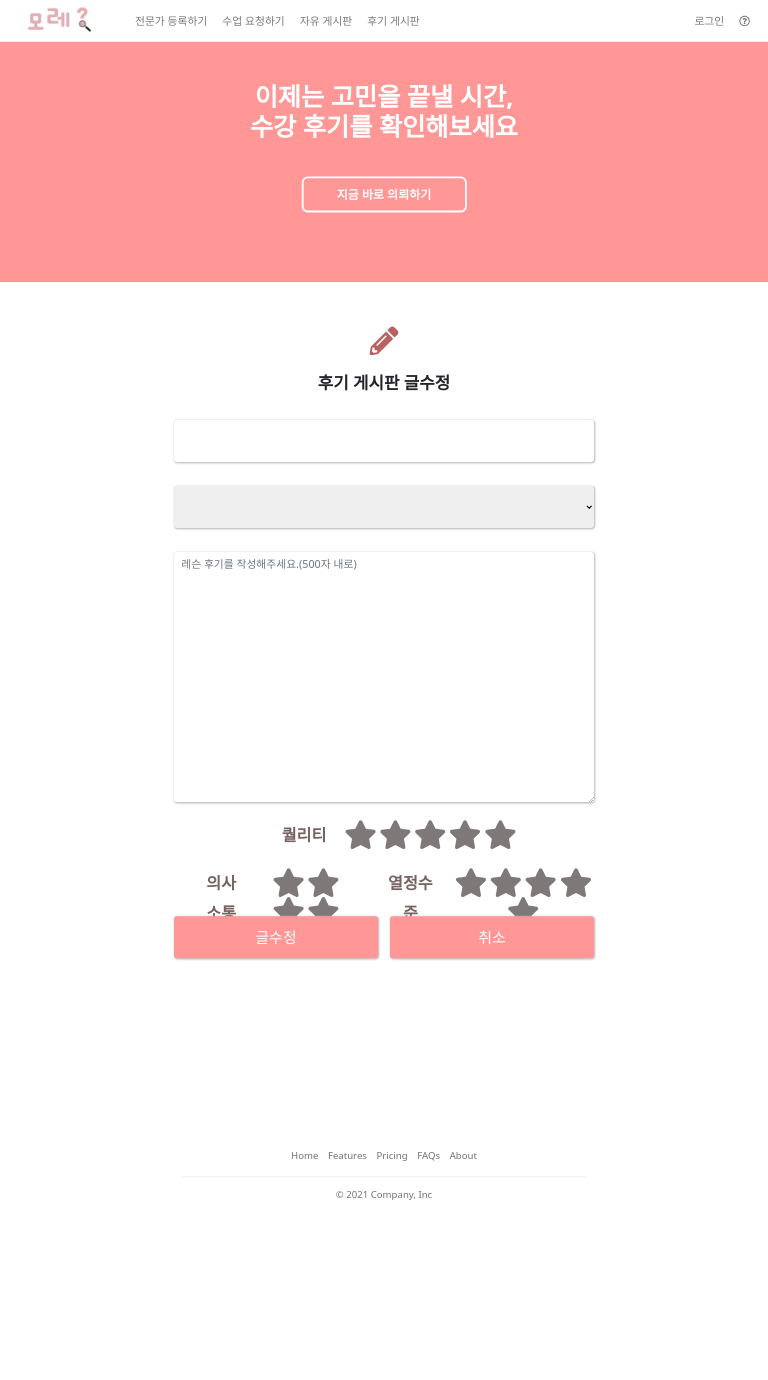
Repository: isssson/MVC2_more
Page: http://localhost/more/WEB-INF/views/review/reviewUpdate.jsp
An editor plug-in stored every save of this project. The page is shown before and after the next save, followed by the edit.
The browser window is 1280 px wide. The pictures show the whole page, at 60% of full size.
Some web libraries are served in a nearby version. The page is served by Tomcat 9. Nobody is signed in. Other server files are loaded and not shown. The template is opened directly, without the code that normally fills it, so the values that code supplies are empty.

Above is the page before, as saved 2021-12-10 07:41:56.
Console error (its wording comes from the project's code and is left out).

### more/src/main/webapp/WEB-INF/views/review/reviewUpdate.jsp
<%@ page language="java" contentType="text/html; charset=UTF-8"
	pageEncoding="UTF-8"%>
<%@ taglib uri="http://java.sun.com/jsp/jstl/core" prefix="c" %>
<!DOCTYPE html>
<html>
<head>
<meta charset="UTF-8">
<title>Insert title here</title>
<script src="https://use.fontawesome.com/releases/v5.2.0/js/all.js"></script>
<script src="https://cdnjs.cloudflare.com/ajax/libs/jquery/3.4.1/jquery.min.js"></script>
<link rel="stylesheet" type="text/css" href="resources/css/review/review.css">
<link rel="stylesheet" type="text/css" href="resources/css/header.css">
<link rel="stylesheet" href="resources/css/bootstrap.min.css">
</head>
<body>
<%@ include file="/WEB-INF/views/header.jsp" %>
	<div class="revMainContainer">
		<div class="revMainTextBox">
			<div class="revMainText">
				<h1>
					이제는 고민을 끝낼 시간,<br>수강 후기를 확인해보세요
				</h1>
				<div class="revMainBt"><a href="#">지금 바로 의뢰하기</a></div>
			</div>
		</div>
	</div>
	<div id="revIntroContainer">
		<div class="introItem">
			<i class="fas fa-pencil-alt fa-3x"></i>
			<h3>후기 게시판 글수정</h3>

		</div>
	</div>
	<form name="reviewUpdate" action="reviewUpdate.do" method="post">
		<div class="writeContainer">
			<input type="text" name="name" value="${sessionScope.sessionName}" readonly>
			<select name="lessonlist" >
				<option value="${dto.lessonlist}" selected>${dto.lessonlist}</option>
			</select>
			<textarea name="content" cols="80" rows="15" autocomplete="off"
					class="input-lg form-control"
					placeholder="레슨 후기를 작성해주세요.(500자 내로)"
					maxlength="500" required="" id="id_field_25">${dto.content}</textarea>
			<div class="ratingContainer">
			<div class="ratingItem">
				<h4>퀄리티</h4>
				<div id="rating1" data-rate="${dto.grade1}">
       				<i class="fas fa-star fa-3x"></i>
        			<i class="fas fa-star fa-3x"></i>
       				<i class="fas fa-star fa-3x"></i>
      				<i class="fas fa-star fa-3x"></i>
    				<i class="fas fa-star fa-3x"></i>
    			</div>
    			</div>
    			<div class="ratingItem">
    			<h4>의사소통</h4>
				<div id="rating2" data-rate="${dto.grade2}">
       				<i class="fas fa-star fa-3x"></i>
        			<i class="fas fa-star fa-3x"></i>
       				<i class="fas fa-star fa-3x"></i>
      				<i class="fas fa-star fa-3x"></i>
    				<i class="fas fa-star fa-3x"></i>
    			</div>
    			<div class="ratingItem">
    			<h4>열정수준</h4>
				<div id="rating3" data-rate="${dto.grade3}">
       				<i class="fas fa-star fa-3x"></i>
        			<i class="fas fa-star fa-3x"></i>
       				<i class="fas fa-star fa-3x"></i>
      				<i class="fas fa-star fa-3x"></i>
    				<i class="fas fa-star fa-3x"></i>
    			</div>
			</div>
			</div>
			<div class="writeButton">
				<input type="submit" value="글수정" onmouseover="sum()"> <input type="button" value="취소">
				<input type="hidden" name="rv_idx" value="${dto.rv_idx}">
				<input type="hidden" name="cate1" value="${dto.cate1}">
				<input type="hidden" name="cate2" value="${dto.cate1}">
				<input type="hidden" name="grade1" value="${dto.grade1}">
				<input type="hidden" name="grade2" value="${dto.grade2}">
				<input type="hidden" name="grade3" value="${dto.grade3}">
				<input type="hidden" name="gradesum" value="${dto.gradesum}">
			</div>
		</div>
	</form>
	<br>
	<br>
	<%@ include file="/WEB-INF/views/footer.jsp" %>
	<script>
	$(function(){
		var star= $('#rating1');
		star.each(function(){
			var targetScore=$(this).attr('data-rate');
			$(this).find('svg:nth-child(-n+'+targetScore+')').css({color:'#ff9797'});
		});
		var star= $('#rating2');
		star.each(function(){
			var targetScore=$(this).attr('data-rate');
			$(this).find('svg:nth-child(-n+'+targetScore+')').css({color:'#ff9797'});
		});
		var star= $('#rating3');
		star.each(function(){
			var targetScore=$(this).attr('data-rate');
			$(this).find('svg:nth-child(-n+'+targetScore+')').css({color:'#ff9797'});
		});
	});

	$(function(){
        $('#rating1 svg').click(function(){
            var targetNum1=$(this).index()+1;
            $('#rating1 svg').css({color:'#000'});
            $('#rating1 svg:nth-child(-n'+targetNum1+')').css({color:'#ff9797'});
            console.log(targetNum1);
            document.reviewUpdate.grade1.value=targetNum1;
        })

        $('#rating2 svg').click(function(){
            var targetNum2=$(this).index()+1;
            $('#rating2 svg').css({color:'#000'});
            $('#rating2 svg:nth-child(-n'+targetNum2+')').css({color:'#ff9797'});
            console.log(targetNum2);
            document.reviewUpdate.grade2.value=targetNum2;
        })

        $('#rating3 svg').click(function(){
            var targetNum3=$(this).index()+1;
            $('#rating3 svg').css({color:'#000'});
            $('#rating3 svg:nth-child(-n'+targetNum3+')').css({color:'#ff9797'});
            console.log(targetNum3);
            document.reviewUpdate.grade3.value=targetNum3;
        })

    });
    function sum(){
    	var a=parseInt(document.reviewUpdate.grade1.value);
    	var b=parseInt(document.reviewUpdate.grade2.value);
    	var c=parseInt(document.reviewUpdate.grade3.value);
        var targetNumSum=Math.round((a+b+c)/3);
        console.log(targetNumSum);
        document.reviewUpdate.gradesum.value=targetNumSum;
    }

    </script>
</body>
</html>

### more/src/main/webapp/WEB-INF/views/header.jsp
<%@ page language="java" contentType="text/html; charset=UTF-8"
    pageEncoding="UTF-8"%>
<%@ taglib prefix="c" uri="http://java.sun.com/jsp/jstl/core" %>
<script src="https://use.fontawesome.com/releases/v5.2.0/js/all.js"></script>
<link href="resources/css/header.css" rel="stylesheet">
<!-- Global site tag (gtag.js) - Google Analytics -->
<script async src="https://www.googletagmanager.com/gtag/js?id=UA-214947172-1"></script>
<script>
  window.dataLayer = window.dataLayer || [];
  function gtag(){dataLayer.push(arguments);}
  gtag('js', new Date());

  gtag('config', 'UA-214947172-1');
</script>
<!-- ---------------------비회원  -->
<c:if test="${sessionScope.sessionStatus == null }">
	<header>
    <div id="headerContainer">
        <a href="index.do"><img src="resources/img/more_logo.jpg" alt="logo" style="padding: 10px"></a>
        <div id="menubar">
          <div id="leftMenu">
            <div><a href="regist1.do">전문가 등록하기</a></div>
            <div><a href="lessonList.do">수업 요청하기</a></div>
            <div><a href="bbsList.do">자유 게시판</a></div>
            <div><a href="reviewList.do">후기 게시판</a></div>
          </div>
          <div id="rightMenu">
               <div><a href="login.do">로그인</a></div>
               <div><a href="noticeList.do"><i class="far fa-question-circle"></i></a></div>
          </div>
        </div>
      </div>
	</header>
</c:if>
<!----------------------기본(의뢰인) 로그인중-->
<c:if test="${sessionScope.sessionStatus == 1 }">
	<header>
     <div id="headerContainer">
        <a href="index.do"><img src="resources/img/more_logo.jpg" alt="logo" style="padding: 10px"></a>
        <div id="menubar">
          <div id="leftMenu">
            <div id="client" onmouseover="show()" onmouseout="hide()">
               <a href="#">레슨</a>
              </div>
            <div id="joinExpert">
               <a href="regist1.do">전문가 등록하기</a>
             </div>
            <div><a href="bbsList.do">자유 게시판</a></div>
            <div><a href="reviewList.do">후기 게시판</a></div>
          </div>
          <div id="rightMenu">
            <div>${sessionScope.sessionName }님</div>
            <div><a href="setting.do"><i class="far fa-user fa-1x"></i></a></div>
            <div><a href="noticeList.do"><i class="far fa-question-circle"></i></a></div>
          </div>
        </div>
      </div>
      <div id="hiddenHeaderContainer" onmouseover="show()" onmouseout="hide()">
        <div class="hiddenItem">
          <div class="Item"><a href="suggestList.do">레슨 목록</a></div>
          <div class="Item"><a href="lessonList.do">레슨 요청하기</a></div>
          <div class="Item"><a href="sentRequest.do?id=${sessionScope.sessionId}">보낸 요청</a></div>
          <div class="Item"><a href="receiveSuggest.do?id=${sessionScope.sessionId }">받은 제안</a></div>
          <div class="Item"><a href="m_documentList.do">나의 레슨 내역</a></div>
        </div>
      </div>
	</header>
</c:if>
<!-- -----------------------전문가 로그인중 -->
<c:if test="${sessionScope.sessionStatus == 2 }">
	<header>
     <div id="headerContainer">
       <a href="index.do"><img src="resources/img/more_logo.jpg" alt="logo" style="padding: 10px"></a>
       <div id="menubar">
         <div id="leftMenu">
           <div id="client" onmouseover="show()" onmouseout="hide()">
              <a href="#">레슨</a>
             </div>
           <div><a href="bbsList.do">자유 게시판</a></div>
           <div><a href="reviewList.do">후기 게시판</a></div>
         </div>
         <div id="rightMenu">
           <div>${sessionScope.sessionName }님</div>
           <div><a href="setting.do"><i class="far fa-user fa-1x"></i></a></div>
		   <div><a href="noticeList.do"><i class="far fa-question-circle"></i></a></div>
         </div>
       </div>
     </div>
     <div id="hiddenHeaderContainer" onmouseover="show()" onmouseout="hide()">
       <div class="hiddenItem">
       	 <div class="Item"><a href="requestList.do">요청서 목록</a></div>
       	 <div class="Item"><a href="suggest.do">레슨 제안하기</a></div>
         <div class="Item"><a href="sentsuggest.do?id=${sessionScope.sessionId}">보낸 제안</a></div>
		 <div class="Item"><a href="m_documentList.do">나의 레슨 내역</a></div>
       </div>
     </div>
	</header>
</c:if>
   <script>
       function show(){
         document.getElementById('hiddenHeaderContainer').style.display='block';
       }
       function hide(){
         document.getElementById('hiddenHeaderContainer').style.display='none';
       }
  </script>

### more/src/main/webapp/WEB-INF/views/footer.jsp
<%@ page language="java" contentType="text/html; charset=UTF-8"
    pageEncoding="UTF-8"%>
<link href="resources/css/footer.css" rel="stylesheet">
<div class="container-fluid">
  <footer class="py-3 my-4">
    <ul class="nav justify-content-center border-bottom pb-3 mb-3">
      <li class="nav-item"><a href="#" class="nav-link px-2 text-muted">Home</a></li>
      <li class="nav-item"><a href="#" class="nav-link px-2 text-muted">Features</a></li>
      <li class="nav-item"><a href="#" class="nav-link px-2 text-muted">Pricing</a></li>
      <li class="nav-item"><a href="#" class="nav-link px-2 text-muted">FAQs</a></li>
      <li class="nav-item"><a href="#" class="nav-link px-2 text-muted">About</a></li>
    </ul>
    <p class="text-center text-muted">&copy; 2021 Company, Inc</p>
  </footer>
</div>

<div class="b-example-divider"></div>

### more/src/main/webapp/resources/css/review/review.css
@charset "UTF-8";
body{
    margin:0;
}
h1{
    text-align: center;
}
h3{
    margin-top: 80px;
    text-align: center;
    font-size: 24px;
}
p{
    text-align: center;
}
a{
    text-decoration:none;
    color:rgb(26, 25, 25);
}
a:hover{
    color:rgb(26, 25, 25);
}
li{
    list-style: none;
}
/* icon */
.far fa-file-alt{
    color: #af8c19;
}
/* -------------------------main------------------------- */
.revMainContainer{
    background-color:#ff9797;
    height: 400px;
    width: 100%;
}
.revMainContainer .revMainTextBox{
    width: 100%;
    height: 400px;
    padding-right: 15px;
    padding-left: 15px;
    margin:0 auto;
}
.revMainText{
    margin:0 auto;
    width: 550px;
    height: 400px;
    display: flex;
    flex-direction: column;
    justify-content: center;
}
.revMainText h1{
    height: 100px;
    font-size: 42px;
    font-weight: bold;
    color: white;
    text-align: center;
}
.revMainText .revMainBt{
    width:50%;
    text-align: center;
    font-size: 20px;
    font-weight: bold;
    border: 3px solid white;
    color: white;
    padding: 12px;
    border-radius: 10px;
    margin: 50px auto;
}
.revMainBt a{
	color:white;
	display:block;
	width:100%;
	height:100%;
}
.revMainBt{
	background-color: #ff9797;
}
.revMainBt:hover{
	background-color:white;
    transition: transform 1s;
}
.revMainBt:hover a{
	color:#ff9797;
	transform: scale(1.1);
	transition: transform 1s;
}


/*---------------------------------reviewIntro-------------------------------------- */
#revIntroContainer{
    width:100%;
    height: 200px;
    margin-top: 30px;
    display: flex;
    justify-content: center;
}
#revIntroContainer .introItem{
    width:300px;
    height:200px;
    display: flex;
    flex-direction: column;
    justify-content: center;
    align-items: center;
}
#revIntroContainer .introItem svg{
	color:#b96161;
}
#revIntroContainer .introItem h3{
    margin-top:30px;
    margin-bottom:0px;
    font-weight:bold;
}
#revIntroContainer .introItem h4{
    font-size: 18px;
    margin-top:10px;
    font-weight:bold;
}

/*----------------------------------reviewList-------------------------------------*/
#revListContainer{
    width: 1200px;
    height: 900px;
    margin:0 auto;
    display: grid;
    grid-template-columns: repeat(3, 1fr);
    grid-template-rows: repeat(2, 1fr);
    gap:10px 10px;
    justify-items: center;
}

#revListContainer .revItem{
    display: flex;
    flex-direction: column;
    justify-content: center;
    width:370px;
    height: 370px;
    border-radius: 10px;
    border: 1px solid rgba(139, 122, 122, 0.356);
    cursor: pointer;
}
#revListContainer .revItem:hover{
	 width:370px;
    height: 370px;
	transform: scale(1.03);
	transition: transform 1s;
	box-shadow: 1px 1px 3px 1px #bdbfc4;
}
.revItem .revCate{
    height: 40px;
    margin:5px auto;
    text-align: center;
    font-size: 18px;
    font-weight: bold;
    color: #9a5656;
    padding: 8px;
    margin-bottom: 30px;
    border-radius: 10px;
}
.revItem .revText{
    width:80%;
    height:180px;
    margin: 0 auto;
}
.revItem .revEtc{
    width:80%;
    height: 70px;
    margin: 10px auto;
    text-align: right;
    font-size: 17px;
    vertical-align: bottom;
}
.revItem .revEtc .star{
    width:100%;
    height: 30px;
}
.revItem .revEtc .studentName{
    margin-top: 7px;
    font-weight:bold;
    width:100%;
    height: 30px;
}
.footContainer{
	text-align:center;
}
.footContainer div{
	font-size: 20px;
	font-weight: bold;
	margin-bottom:20px;
}
.footContainer input{
	background-color:#ff9797;
	width: 340px;
	color: white;
    font-size: 25px;
    border:0px;
}
/*-------------------------------------modal*/
.modalContainer{
	position: fixed;
	background: rgba(0,0,0,0.8);
	left:0; right:0; top:0; bottom:0;
	display:flex;
	justify-content: center;
	align-items: center;
}
.modali{
	width:500px;
	height:860px;
	background-color: white;
    border-radius: 10px;
    position: relative;
}
.reviewDel{
	position: absolute;
	left:75%;
	top:10%;
}
.reviewDel span{
	border:1px solid gray;
	padding:5px;
	border-radius: 5px;
}
.modali .cate{
    width:50%;
    margin: 20px auto;
    border-radius: 10px;
    color: white;
    background-color: #ff9797;
    font-size: 15px;
    padding: 10px;
    text-align: center;
}
.modali .content{
    margin-bottom: 25px;
    margin-top: 65px;
    padding-left: 30px;
    padding-right: 30px;
    height: 500px;
}
.modali .star{
    text-align: center;
}
.modali .studentName{
    padding: 5px;
    font-weight:bold;
    text-align:center;
}
.modali .revBt{
    width: 90%;
    height: 50px;
    margin: 15px auto;
    text-align: center;
    border-radius: 10px;
    font-size: 18px;
    font-weight:bold;
    line-height: 50px;
    color: white;
    background-color: #ff9797;
}
.modali .revBt:hover{
	color:#ff9797;
	background-color: white;
}
/*------------------------------------- reviewWriteForm */

.writeContainer{
    margin:0 auto;
    width:700px;
    height:1600px;
}
.writeContainer .writer{
    width:100%;
    height:70px;
}
.writeContainer input, select{
    width:100%;
    height:70px;
    font-size:23px;
    margin-bottom: 40px;
    border:0px;
    border-radius:5px;
    box-shadow: 1px 1px 3px 1px #bdbfc4;
}
option{
	font-size:20px;
}
.writeContainer textarea{
    font-size:18px;
    margin-top:40px;
    border:0px;
    border-radius:5px;
    box-shadow: 1px 1px 3px 1px #bdbfc4;
}
.writeContainer .rating{
    width:100%;
    height:110px;
    color:#000;

}
.writeContainer .ratingContainer{
    width:100%;
    height: 400px;
    margin-top: 30px;
    margin-bottom: 50px;
    text-align: center;
}
.ratingContainer h4{
	font-size:25px;
}
.ratingContainer .rating svg{
	color:black;
	cursor:pointer;
}
.ratingItem{
	display: flex;
    justify-content: center;
    padding-left: 50px;
    width: 100%;
    height: 80px;
}
.ratingItem h4{
	font-size: 27px;
    font-weight: bold;
    color: #776161;
    margin-right: 30px;
    line-height: 50px;
}
.writeButton{
    display: flex;
    flex-direction: row;
    justify-content: space-between;
}
.writeButton input{
	background-color:#ff9797;
	width: 340px;
	color: white;
    font-size: 25px;
}

### more/src/main/webapp/resources/css/header.css
@charset "UTF-8";
a{
    text-decoration:none;
    color:rgb(26, 25, 25);
}
a:hover{
    color:rgb(26, 25, 25);
}
svg{
    color: #7e7878;
}
svg:hover{
    color: #424040;
    cursor: pointer;
}
#headerContainer{
    width:100%;
    height:70px;
    margin: 0 auto;
    display: flex;
    flex-direction: row;
    border-bottom:1px solid #dee2e6;
}
#headerContainer img{
    width: 200px;
    height: 65px;
    object-fit: cover;
}
#headerContainer #menubar{
    width:100%;
    height: 70px;
    display: flex;
    flex-direction: row;
    justify-content: space-between;
}
#headerContainer #menubar div a{
    font-size: 18px;
    color: #7e7878;
}
#headerContainer #menubar a:hover{
    color: #424040;
    font-weight: bold;
}
#menubar #leftMenu{
    display: flex;
}
#menubar #rightMenu{
    display: flex;
    margin-right: 30px;
}
#menubar #leftMenu div, #menubar #rightMenu div{
    font-size: 18px;
    line-height: 70px;
    margin-left: 25px;
}
#hiddenHeaderContainer{
    position: absolute;
    display: none;
    z-index: 1;
    width:100%;
    height:70px;
    left:50%;
    border-top:1px solid rgb(187, 183, 183);
    border-bottom:1px solid rgb(187, 183, 183);
    transform: translate(-50%);
    background-color: white;
}
#hiddenHeaderContainer .hiddenItem{

    width:100%;
    height:70px;
    margin-left: 170px;
    display: flex;
}
#hiddenHeaderContainer .hiddenItem .Item a{
    font-size: 18px;
    line-height: 70px;
    margin-left: 50px;
    color: #7e7878;
}
#hiddenHeaderContainer .hiddenItem .Item a:hover{
    color: #424040;
    font-weight: bold;
}

### more/src/main/webapp/resources/css/footer.css
@charset "UTF-8";
li {
	border-top: none;
}

Loaded but not shown: more/src/main/webapp/resources/css/bootstrap.min.css (library)

After the next save:
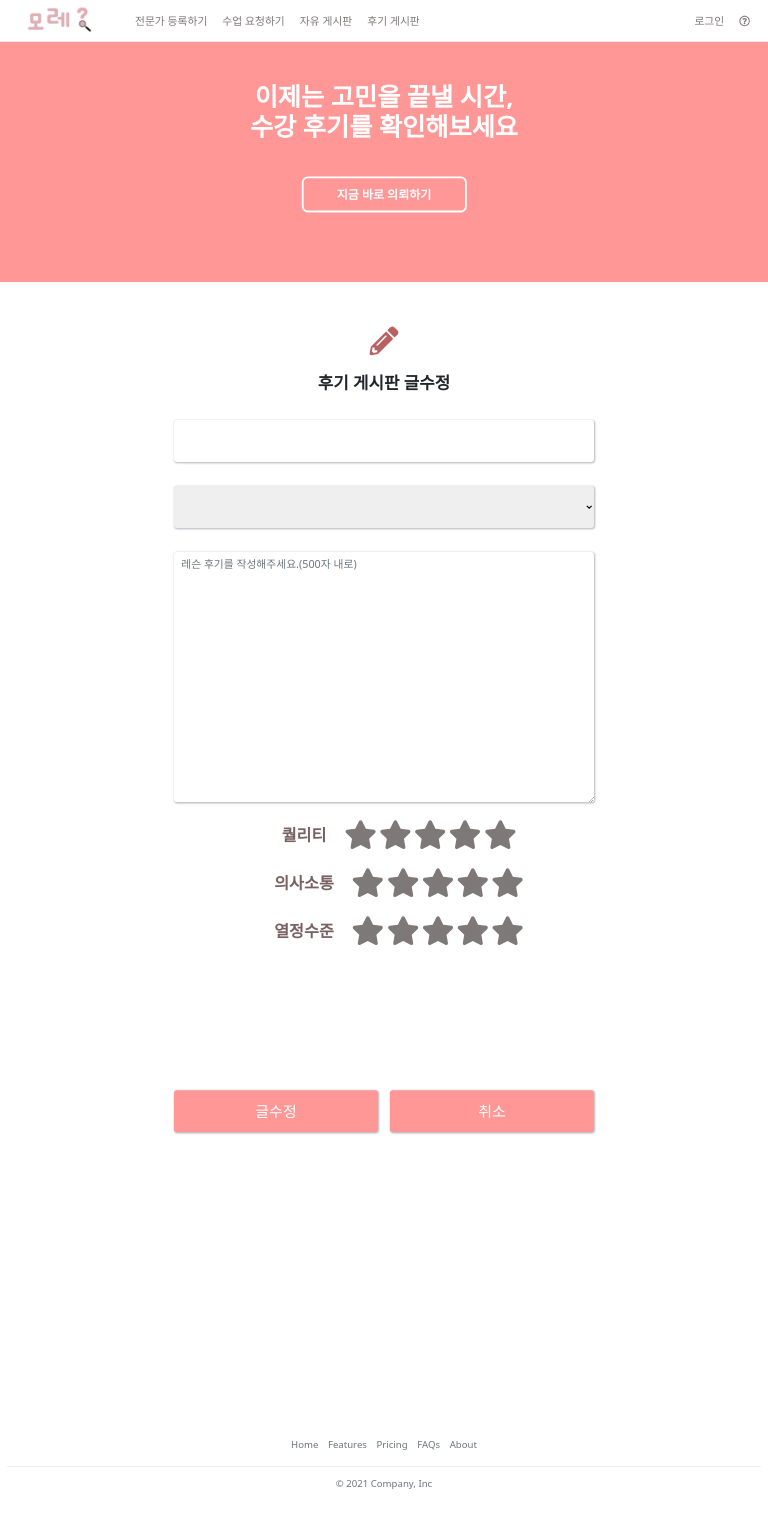
Saved 100 s later.
--- a/more/src/main/webapp/WEB-INF/views/review/reviewUpdate.jsp
+++ b/more/src/main/webapp/WEB-INF/views/review/reviewUpdate.jsp
@@ -51,8 +51,8 @@
       				<i class="fas fa-star fa-3x"></i>
     				<i class="fas fa-star fa-3x"></i>
     			</div>
-    			</div>
-    			<div class="ratingItem">
+    		</div>
+    		<div class="ratingItem">
     			<h4>의사소통</h4>
 				<div id="rating2" data-rate="${dto.grade2}">
        				<i class="fas fa-star fa-3x"></i>
@@ -61,7 +61,8 @@
       				<i class="fas fa-star fa-3x"></i>
     				<i class="fas fa-star fa-3x"></i>
     			</div>
-    			<div class="ratingItem">
+    		</div>
+    		<div class="ratingItem">
     			<h4>열정수준</h4>
 				<div id="rating3" data-rate="${dto.grade3}">
        				<i class="fas fa-star fa-3x"></i>
